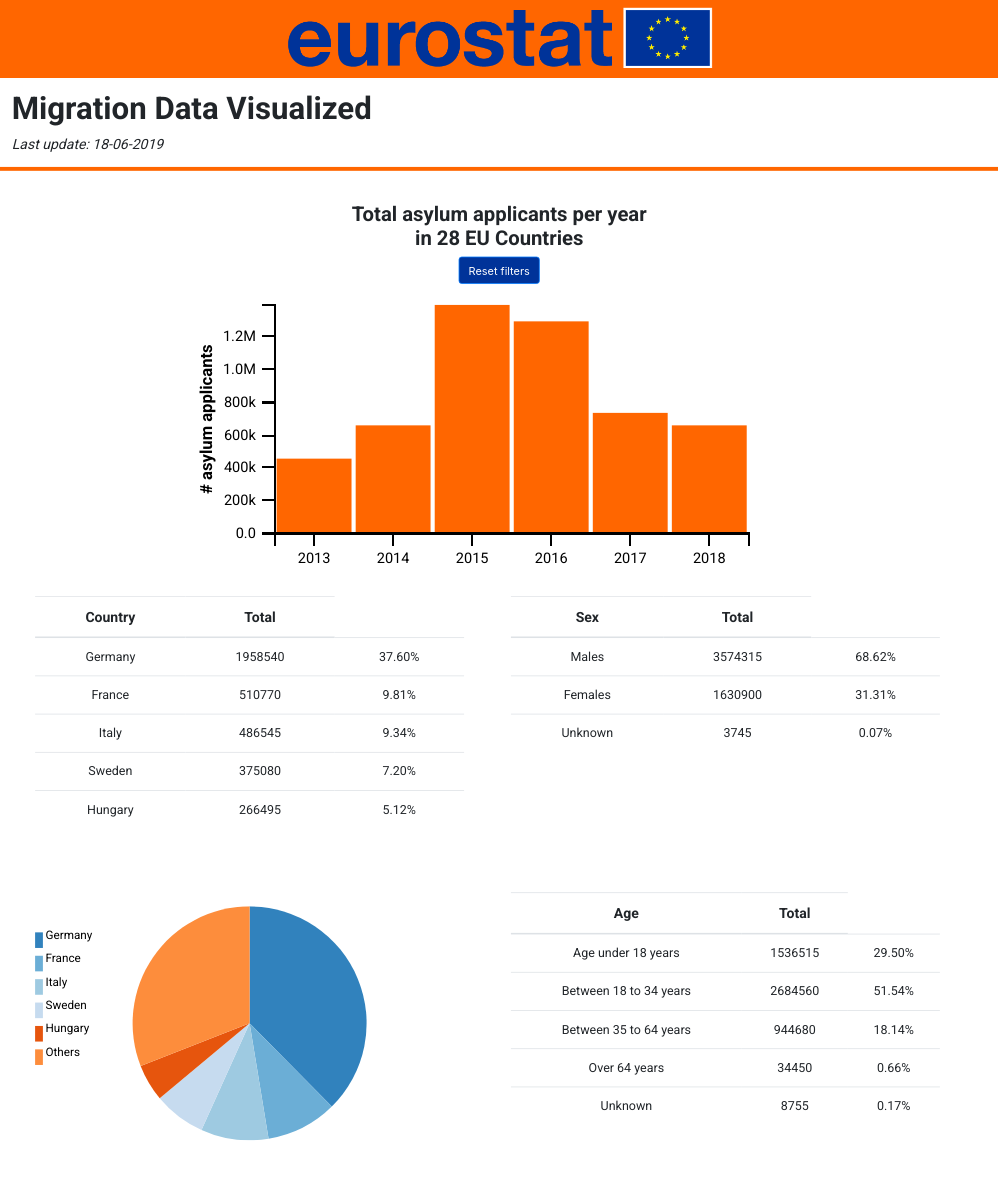
Repository: rory81/eurostat-migration-db
Page: index.html
The author's editor kept a record of every edit. The page is drawn from the files as they stood at one moment, then again after the next edit.
The browser window is 1280 px wide. The pictures show the whole page, at 78% of full size.
Some web libraries are served in a nearby version.

Above is the page before.

### index.html
<!DOCTYPE html>
<html>

<head>
    <meta charset="UTF-8">
    <meta name="viewport" content="width=device-width, initial-scale=1.0">
    <meta http-equiv="X-UA-Compatible" content="ie=edge">
    <link rel="stylesheet" href="https://stackpath.bootstrapcdn.com/bootstrap/4.3.1/css/bootstrap.min.css" integrity="sha384-ggOyR0iXCbMQv3Xipma34MD+dH/1fQ784/j6cY/iJTQUOhcWr7x9JvoRxT2MZw1T" crossorigin="anonymous">
    <link rel="stylesheet" href="https://use.fontawesome.com/releases/v5.8.1/css/all.css" integrity="sha384-50oBUHEmvpQ+1lW4y57PTFmhCaXp0ML5d60M1M7uH2+nqUivzIebhndOJK28anvf" crossorigin="anonymous">
    <link rel="stylesheet" href="assets/css/dc.min.css" type="text/css" />
    <link rel="stylesheet" href="assets/css/style.css" type="text/css" />

    <title>Eurostat Migration Data </title>
</head>

<body>
    <header>
        <div class="col-12 logo no-gutters container-fluid text-center">
            <img src="assets/images/eurostat logo3.png"></img>
        </div>
        <div class="col-12 title container-fluid">
            <h1>Migration Data Visualized</h1>
            <p>Last update: 18-06-2019</p>
        </div>
    </header>
    <div class="col-12 no-gutters container-fluid text-center totalGraph sticky-top">
        <h3>Total asylum applicants per year <br>in 28 EU Countries</h3>
        <a class="btn btn-primary" href="javascript:dc.filterAll(); dc.renderAll();" role="button">Reset filters</a>
        <!--<button type="button" class="btn btn-primary">Reset filters</button>-->
        <div id="total_asylum_applications_per_year" class="center-graphs"></div>
    </div>
    <div class="col-12 no-gutters container-fluid">
        <div class="row no gutters container-fluid">
            <div class="col-md-6 col-sm-12 text-center">
                <!--<h3>Top 5 Countries</h3>-->
                <div class="col-12 no-gutters container-fluid countryTable mx-auto">
                    <table class='table' id='top-5'>
                        <thead>
                            <tr class='header'>
                                <th>Country</th>
                                <th>Total</th>
                            </tr>
                        </thead>
                    </table>
                </div>
                <div id="top-5-pie" class="col-12 no-gutters container-fluid countryPie"></div>
            </div>
            <div class="col-md-6 col-sm-12 text-center">
                <!--<h3>Sex</h3>-->
                <div class="col-12 no-gutters container-fluid sexTable mx-auto">
                    <table class='table' id="sexTable">
                        <thead>
                            <tr class='header'>
                                <th>Sex</th>
                                <th>Total</th>
                            </tr>
                        </thead>
                    </table>
                </div>
                <!--<h3>Age</h3>-->
                <div class="col-12 no-gutters container-fluid mx-auto">
                    <table class='table' id="ageTable">
                        <thead>
                            <tr class='header'>
                                <th>Age</th>
                                <th>Total</th>
                            </tr>
                        </thead>
                    </table>
                </div>

            </div>
        </div>
    </div>

    <script src="https://code.jquery.com/jquery-3.3.1.slim.min.js" integrity="sha384-q8i/X+965DzO0rT7abK41JStQIAqVgRVzpbzo5smXKp4YfRvH+8abtTE1Pi6jizo" crossorigin="anonymous"></script>
    <script src="https://cdnjs.cloudflare.com/ajax/libs/popper.js/1.14.7/umd/popper.min.js" integrity="sha384-UO2eT0CpHqdSJQ6hJty5KVphtPhzWj9WO1clHTMGa3JDZwrnQq4sF86dIHNDz0W1" crossorigin="anonymous"></script>
    <script src="https://stackpath.bootstrapcdn.com/bootstrap/4.3.1/js/bootstrap.min.js" integrity="sha384-JjSmVgyd0p3pXB1rRibZUAYoIIy6OrQ6VrjIEaFf/nJGzIxFDsf4x0xIM+B07jRM" crossorigin="anonymous"></script>

    <script type="text/javascript" src="assets/js/d3.min.js"></script>
    <script type="text/javascript" src="assets/js/crossfilter.min.js"></script>
    <script type="text/javascript" src="assets/js/dc.min.js"></script>
    <script type="text/javascript" src="assets/js/queue.min.js"></script>
    <script type="text/javascript" src="assets/js/main.js"></script>
</body>

</html>

### assets/css/style.css
/*Fonts*/

@import url('https://fonts.googleapis.com/css?family=Roboto:100,200,300,400,500,600,700|Exo:100,200,300,400,500,600,700|Assistant:100,200,300,400,500,600,700');

/*reset standard padding and margin*/

body {
    margin: 0;
    padding: 0;
}


/*HEADER*/

.logo {
    background-color: #FF6600;
    height: 50px;
}

.logo img {
    max-width: auto;
    height: 100%;
    padding: 10px 0px;
}

.title {
    font-family: "Roboto", sans-serif;
    padding-top: 15px;
    border-bottom: solid 5px #FF6600;
}

.title h1 {
    font-weight: bold;
    font-size: 25px;
}

.title p {
    font-size: 12px;
    font-style: italic;
}

/*GENERAL STYLING*/

h3 {
    margin-top: 10px;
    font-size: 12px;
    font-weight: bold;
    font-family: "Roboto", sans-serif;
}


/*TOTAL_ASYLUM_APPL_GRAPH*/

.center-graphs.dc-chart {
    display: block;
    margin: 0 auto;
    float: none;
}

.y-axis-label {
    font-family: "Roboto", sans-serif;
    font-weight: bold;
    font-size: 8px;
}


.dc-chart .axis text {
    font: 7px "Roboto";
}


.totalGraph {

    margin-bottom: 20px;
    background-color: white;

}

.countryTable,
.countryPie,
.sexTable {
    margin-bottom: 50px;
}

.countryPie text {
    font-family: "Roboto", sans-serif;
    font-size: 11px;
}

.btn-primary {
    background-color: #003399;
}

.btn {
    font-size: 14px;
}

/*DATA_TABLES*/

th {
    font-size: 12px;
    font-weight: bold;
    font-family: "Roboto", sans-serif;
}

td {
    font-size: 10px;
    font-family: "Roboto", sans-serif;
}



@media (min-width:576px) {
    HEADER .logo {
        height: 100px;

    }
    .title h1 {
        font-size: 40px;
    }
    .title p {
        font-size: 18px;
    }



    @media (min-width:720px) {
        /*TOTAL_ASYLUM_APPL_GRAPH*/
        h3 {
            margin-top: 40px;
            font-size: 18px;
        }

        /*DATA_TABLES*/
        th {
            font-size: 18px;
        }

        td {
            font-size: 16px;
        }


        .countryTable {
            margin-bottom: 100px;
        }
        .sexTable {
            margin-bottom: 180px;
        }
        .totalGraph {
            margin-bottom: 0px;
        }

        .countryPie svg {
            height: 200px;
        }

        .countryPie text {
            font-size: 12px;
        }
    }



    @media (min-width:1024px) {
        /*TOTAL_ASYLUM_APPL_GRAPH*/
        h3 {
            font-size: 26px;
        }

        .totalGraph svg {
            width: 100%;
            height: 400px;
        }

        .countryPie text {
            font-size: 9px;
        }

        .countryPie svg {
            height: 300px;
        }

    }

    /*@media (min-width:1100px) {*/

    /*    .countryPie svg {*/
    /*        height: 350px;*/
    /*    }*/

    /*}*/

### assets/js/main.js
/*LOADING THE DATA*/
queue()
    .defer(d3.csv, "assets/data/migrationData.csv")
    .await(makeGraphs);

/*function to call on the functions for the tables and charts and apply crossfilter on them*/
function makeGraphs(error, migrData) {

    var ndx = crossfilter(migrData);

    /*Data cleaning*/
    migrData.forEach(function(d) {

        d.Value = d.Value.replace(/,/g, "");
        d.Value = +d.Value; //coerce to number

        d.AGE = d.AGE.replace(/From /g, "Between ");
        d.AGE = d.AGE.replace(/Less than /g, "Age under ");
        d.AGE = d.AGE.replace(/Unknown/g, " Unknown");
        d.AGE = d.AGE.replace(/65 years or over/g, "Over 64 years");

    });


    show_barChart(ndx);
    show_country_table(ndx);
    show_country_pie(ndx);
    show_sex_table(ndx);
    show_age_table(ndx);

    dc.renderAll();

}
/*Function to make the bar Chart with the total asylum applicants per year in 28 member states*/
function show_barChart(ndx) {
    var dim = ndx.dimension(dc.pluck("TIME"));
    var sumApplications = dim.group().reduceSum(dc.pluck("Value"));

    // Total per year according to pivot used to check the numbers after making (big) changes
    // 2013	457630
    // 2014	663250
    // 2015	1394210
    // 2016	1293210
    // 2017	735410
    // 2018	665250

    dc.barChart("#total_asylum_applications_per_year")
        .width(300)
        .height(150)
        .useViewBoxResizing(true)
        .margins({ top: 10, right: 30, bottom: 30, left: 30 })
        .dimension(dim)
        .group(sumApplications)
        .transitionDuration(500)
        .x(d3.scale.ordinal())
        .xUnits(dc.units.ordinal)
        .ordinalColors(["#FF6600"])
        .yAxisLabel("# asylum applicants")
        .yAxis().ticks(5).tickFormat(d3.format(".2s"));
}

/*Function to make the top-5 Country Table*/
function show_country_table(ndx) {
    var dataTable = dc.dataTable("#top-5");
    var countryDim = ndx.dimension(function(d) { return d.GEO; });

    var valGrpdDim = countryDim.group().reduce(

        function(p, v) {

            ++p.number;

            p.total += +v.Value;

            return p;

        },

        function(p, v) {

            --p.number;

            p.total -= +v.Value;

            return p;

        },

        function() {

            return { number: 0, total: 0 };

        });

    valGrpdDim.order(v => v.total);

    dataTable.width(800).height(800)

        .dimension(valGrpdDim)
        .group(function(d) { return "Country | Value"; })
        .showGroups(false)
        .size(5)
        .columns([function(d) { return d.key; }, function(d) { return d.value.total; }, function(d) { return ((d.value.total / (ndx.groupAll().reduceSum(dc.pluck("Value")).value())) * 100).toFixed(2) + "%"; }])
        .sortBy(function(d) { return d.value.total; })
        .order(d3.descending);
}

/*Function to make the top-5 Country Chart*/
function show_country_pie(ndx) {
    var dim = ndx.dimension(dc.pluck("GEO"));
    var top5CountryPie = dim.group().reduceSum(dc.pluck("Value"));

    dc.pieChart("#top-5-pie")
        .width(330)
        .height(180)
        .radius(90)
        .useViewBoxResizing(true)
        .dimension(dim)
        .group(top5CountryPie)
        .transitionDuration(1500)
        .cap(5)
        .legend(dc.legend().x(-6).y(20).gap(6))
        .renderLabel(false);
}

/*Function to make the Sex Table*/
function show_sex_table(ndx) {
    var dataTable = dc.dataTable("#sexTable");
    var sexDim = ndx.dimension(function(d) { return d.SEX; });

    var valGrpdDim = sexDim.group().reduce(

        function(p, v) {

            ++p.number;

            p.total += +v.Value;

            return p;

        },

        function(p, v) {

            --p.number;

            p.total -= +v.Value;

            return p;

        },

        function() {

            return { number: 0, total: 0 };

        });

    valGrpdDim.order(v => v.total);

    dataTable.width(800).height(800)

        .dimension(valGrpdDim)
        .group(function(d) { return "Sex | Value"; })
        .showGroups(false)
        .size(5)
        .columns([function(d) { return d.key; }, function(d) { return d.value.total; }, function(d) { return ((d.value.total / (ndx.groupAll().reduceSum(dc.pluck("Value")).value())) * 100).toFixed(2) + "%"; }])
        .sortBy(function(d) { return d.value.total; })
        .order(d3.descending);
}

/*Function to make the Age Table*/
function show_age_table(ndx) {
    var dataTable = dc.dataTable("#ageTable");
    var ageDim = ndx.dimension(function(d) { return d.AGE; });

    var valGrpdDim = ageDim.group().reduce(

        function(p, v) {

            ++p.number;

            p.total += +v.Value;

            return p;

        },

        function(p, v) {

            --p.number;

            p.total -= +v.Value;

            return p;

        },

        function() {

            return { number: 0, total: 0 };

        });

    dataTable.width(800).height(800)

        .dimension(valGrpdDim)
        .group(function(d) { return "Age | Value"; })
        .showGroups(false)
        .size(5)
        .columns([function(d) { return d.key; }, function(d) { return d.value.total; }, function(d) { return ((d.value.total / (ndx.groupAll().reduceSum(dc.pluck("Value")).value())) * 100).toFixed(2) + "%"; }])
        .sortBy(function(d) { return d.age; })
        .order(d3.descending);
}

Loaded but not shown: assets/css/dc.min.css (library); assets/js/d3.min.js (library); assets/js/crossfilter.min.js (library); assets/js/dc.min.js (library); assets/js/queue.min.js (common file)

After the next edit:
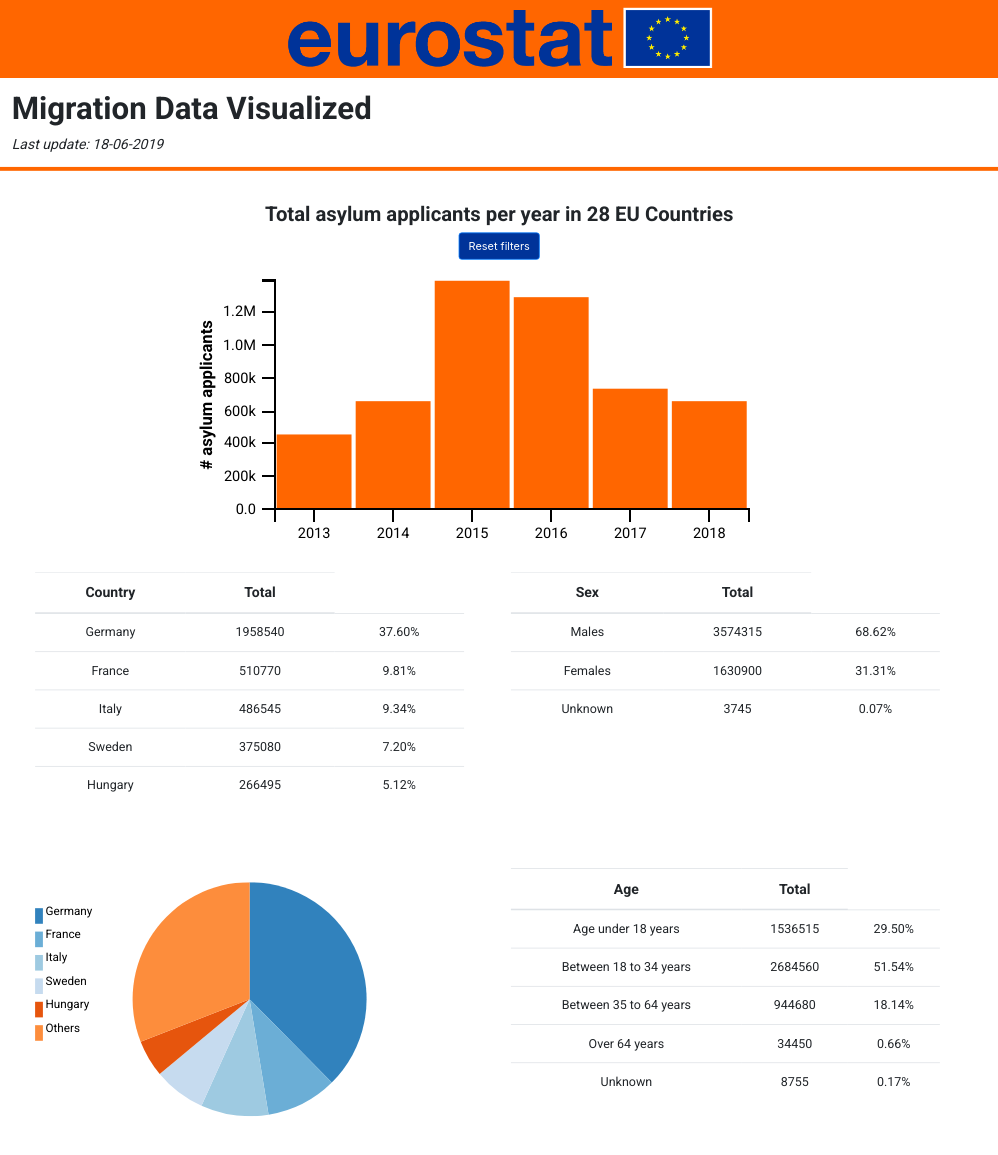
The edit:
--- a/index.html
+++ b/index.html
@@ -24,7 +24,7 @@
         </div>
     </header>
     <div class="col-12 no-gutters container-fluid text-center totalGraph sticky-top">
-        <h3>Total asylum applicants per year <br>in 28 EU Countries</h3>
+        <h3>Total asylum applicants per year in 28 EU Countries</h3>
         <a class="btn btn-primary" href="javascript:dc.filterAll(); dc.renderAll();" role="button">Reset filters</a>
         <!--<button type="button" class="btn btn-primary">Reset filters</button>-->
         <div id="total_asylum_applications_per_year" class="center-graphs"></div>
